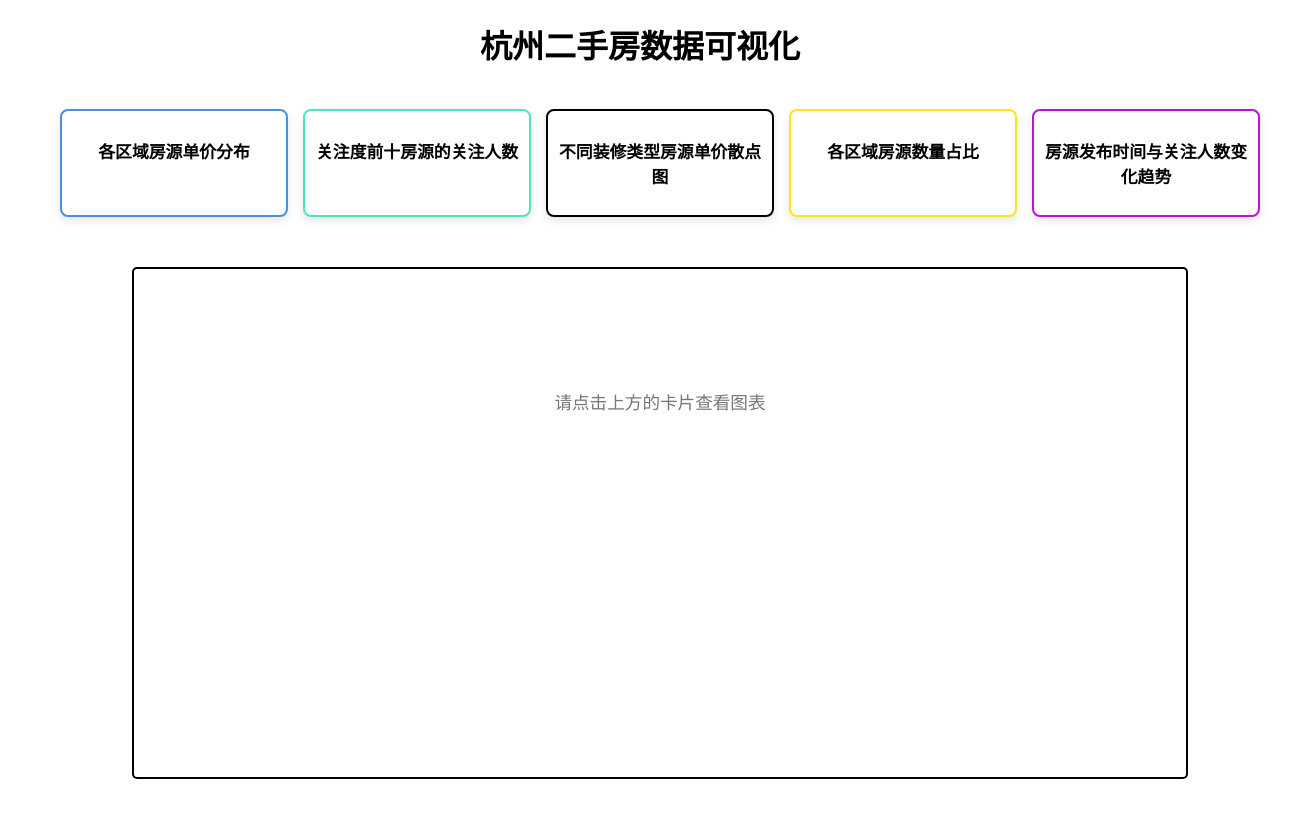
Repository: sakimi-9/DPV-SHP_HangZhou
Page: / (app in rendering/)
An editor plug-in stored every save of this project. The page is shown before and after the next save, followed by the edit.
The browser window is 1280 px wide. The page is 1312 px wide, so the pictures cover 1312 px, including what lies to the right of the window. The pictures show the whole page.
The project was rebuilt for these pictures with package versions that can differ from the ones it lists, and the page was loaded fresh each time. Also part of the build but not shown: rendering/vite.config.ts.

Above is the page before, as saved 2025-05-29 12:17:36.

After the next save:
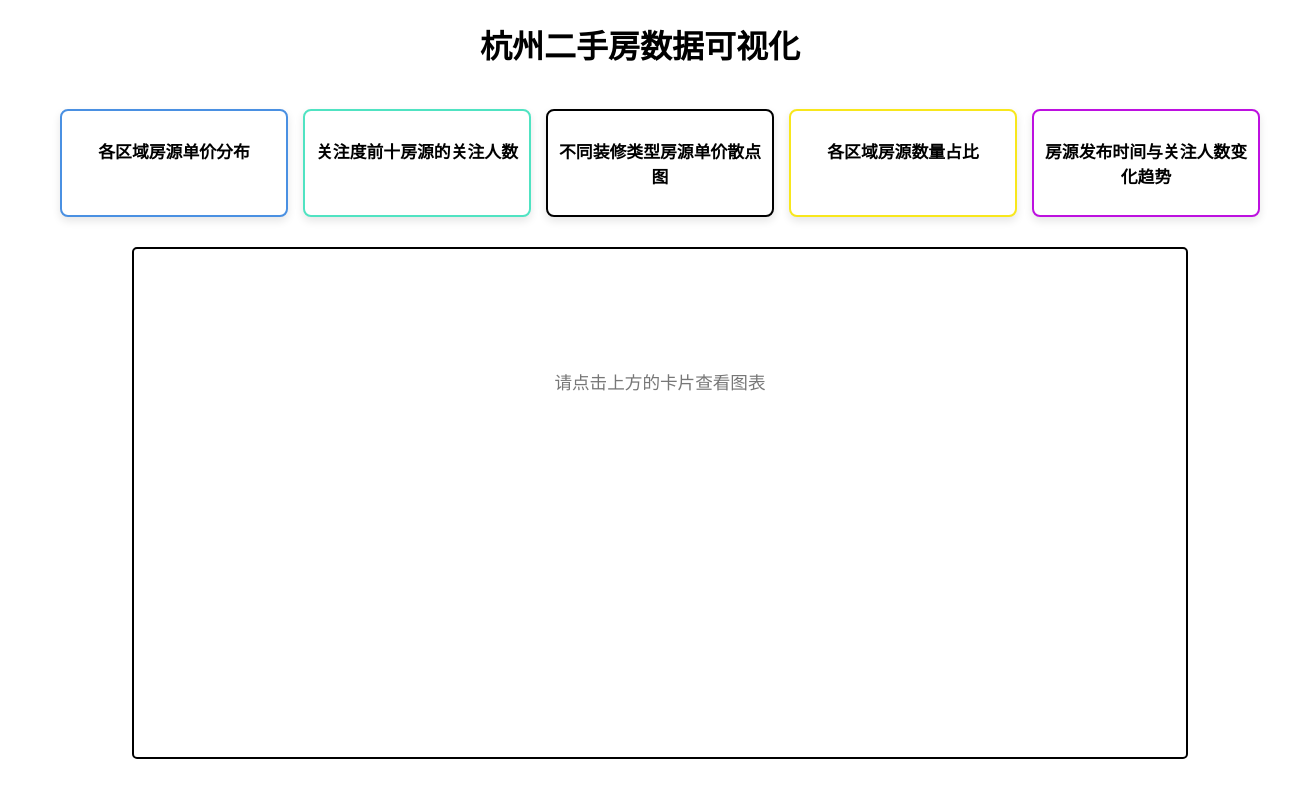
Saved 68 s later.
--- a/rendering/src/components/HouseCharts.vue
+++ b/rendering/src/components/HouseCharts.vue
@@ -475,7 +475,7 @@ onMounted(() => {
 .charts-container {
     display: flex;
     flex-direction: column;
-    gap: 30px;
+    gap: 10px;
     /* Increased gap */
     align-items: center;
     margin-top: 20px;
